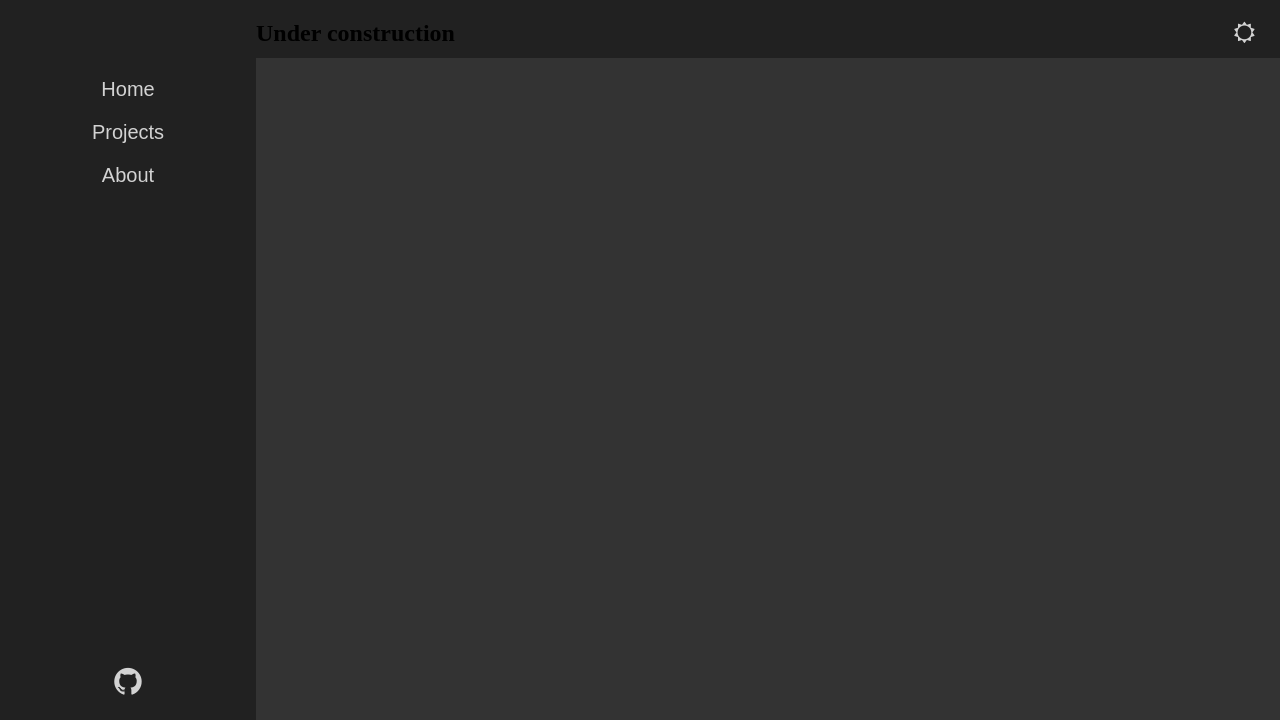
Repository: josephinel6/josephinel6.github.io
Page: index.html
An editor plug-in stored every save of this project. The page is shown before and after the next save, followed by the edit.
The browser window is 1280 px wide. The pictures show the whole page.

Above is the page before, as saved 2023-05-25 11:34:44.

### index.html
<!DOCTYPE html>
<html>

<head>
    <style>
        :root.light {
            --color-bg: #eeeff6;
            --color-menu-text: #4d4d4d;
            --color-page-bg: white;
            --color-obj-bg: #f1f2f3;
            --color-title-text: #4d4d4d;
            --color-gen-text: #4d4d4d;
            --color-menu-hover: darkgrey;
            --color-title-hover: darkgrey;
        }

        :root.dark {
            --color-bg: #212121;
            --color-menu-text: #D3D3D3;
            --color-page-bg: #333333;
            --color-obj-bg: #403f3f;
            --color-title-text: #D3D3D3;
            --color-gen-text: white;
            --color-menu-hover: grey;
            --color-title-hover: grey;
        }

        /* :root {
            --color-bg: black;
        } */

        html,
        body {
            height: 100%;
            width: 100%;
            overflow-x: hidden;

            margin: 0;
            position: relative;
            /* border-color: blue;
            border-radius: 10px;
            border-style: solid; */
            padding: 0;
        }

        #menu {
            height: 100%;
            width: 20%;
            position: absolute;
            z-index: 1;
            top: 0;
            bottom: 0;
            background-color: var(--color-bg);
        }

        #topbar {
            width: 100%;
            height: 8%;
            background-color: var(--color-bg);
            position: absolute;
        }

        .menutext {
            color: var(--color-menu-text);
            font-family: sans-serif;
            font-size: 20px;
        }

        .menutext:hover {
            cursor: pointer;
            color: var(--color-menu-hover);
        }

        .fa-github {
            color: var(--color-menu-text);
        }

        .fa-github:hover {
            color: var(--color-menu-hover);
        }

        .div.markdown-body {
            color: var(--color-gen-text) !important;
        }

        #window {
            background-color: var(--color-page-bg);
            position: absolute;
            height: 92%;
            overflow: hidden;
            width: 80%;
            right: 0;
            bottom: 0;
        }

        .markdownpg {
            color: white !important;
        }

        .tabcontent {
            height: 100%;
            width: 80vw;
            right: 0;
            bottom: 0;
            position: fixed;
            overflow-y: scroll;
            padding-top: 2%;
            /* padding-left: 2%;
            padding-right: 2%; */

            /* margin-top: 2.5%;
            margin-left: 2.5%; */
        }

        .projectbutton {
            padding-top: 1px;
            padding-bottom: 1px;
            width: 100%;
            margin-left: 2%;
            margin-right: 2%;
            margin-top: 1%;
            margin-bottom: 1%;
            position: relative;

            background-color: var(--color-obj-bg);
            border-radius: 10px;

            font-family: sans-serif;
            font-size: 30px;
        }

        .projectbutton:hover {
            cursor: pointer;
        }

        .projectbutton:hover>.projectbuttontitle {
            color: var(--color-title-hover);
        }

        .projectbutton:hover>.projectbuttondesc {
            color: var(--color-title-hover);
        }

        .projectbuttontitle {
            margin-left: 3%;
            margin-top: 3%;
            margin-bottom: -2%;
            font-size: 0.85em;
            color: var(--color-title-text);
        }

        #day-night {
            color: var(--color-menu-text);
            z-index: 2;
            position: absolute;
            top: 25px;
            right: 25px;
        }

        .projectbuttondesc {
            font-family: sans-serif;
            font-size: 16px;
            margin: 3%;
            color: var(--color-gen-text);
        }

        #day-night:hover {
            cursor: pointer;
            color: var(--color-menu-hover)
        }

        /* .fa-2x {
            height: 20px !important;
        } */
    </style>
    <link rel="stylesheet" href="https://cdnjs.cloudflare.com/ajax/libs/font-awesome/4.7.0/css/font-awesome.min.css">
    <script type="module" src="https://cdn.jsdelivr.net/gh/zerodevx/zero-md@2/dist/zero-md.min.js"></script>
    <script type="module" src="https://md-block.verou.me/md-block.js"></script>
    <script>
        window.ZeroMdConfig = {
            cssUrls: ['https://cdn.jsdelivr.net/gh/sindresorhus/github-markdown-css@4/github-markdown.min.css',
                'https://cdn.jsdelivr.net/gh/PrismJS/prism@1/themes/prism.min.css', "custom.css"]
        }
    </script>
</head>

<body>
    <div id="menu">
        <div style="position:absolute; top: 8%; width: 100%; text-align: center;">

            <p class="menutext" onclick="openpage('homepage')"> Home </p>
            <p class="menutext" onclick="openpage('projectbuttons')"> Projects </p>
            <p class="menutext" onclick="openpage('aboutpage')"> About </p>

        </div>

        <div style="position:absolute; bottom:3%; width: 100%; text-align: center;">
            <a href="https://github.com/josephinel6" class="fa fa-github fa-2x" style="text-decoration: none;"></a>
        </div>
    </div>
    <div id="topbar">
        <i onclick="daynight()" class="fa fa-sun-o fa-lg" id="day-night"></i>
    </div>
    <div id="window">
        <div id="homepage" class="tabcontent">
            <h2> Under construction </h2>
        </div>
        <div id="projectbuttons" class="tabcontent" style="margin-top: -1%">
            <div class="projectbutton" onclick="openpage('customAPI')">
                <h2 class="projectbuttontitle"> Custom API </h2>
                <p class="projectbuttondesc"> Lorem impsum </p>
            </div>
            <div class="projectbutton" onclick="openpage('bootstrapTest')">
                <h2 class="projectbuttontitle"> Responsiveness </h2>
                <p class="projectbuttondesc"> Lorem impsum </p>
            </div>
            <div class="projectbutton" onclick="openpage('makeupApi')">
                <h2 class="projectbuttontitle"> Makeup API </h2>
                <p class="projectbuttondesc"> Lorem impsum </p>
            </div>
            <div class="projectbutton" onclick="openpage('weatherAPI')">
                <h2 class="projectbuttontitle"> Weather API </h2>
                <p class="projectbuttondesc"> My first project with APIs. </p>
            </div>
        </div>
        <zero-md src="https://josephinel6.github.io/weatherAPI.md" class="tabcontent markdownpg" id="weatherAPI">

        </zero-md>
        <div class="tabcontent" id="aboutpage">
            <zero-md src="https://josephinel6.github.io/about.md" class="markdownpg"></zero-md>
        </div>
        <script>
            var night;

            tabcontent = document.getElementsByClassName("tabcontent");
            for (i = 0; i < tabcontent.length; i++) {
                tabcontent[i].style.display = "none";
            }

            window.onload = function () {
                var night = false;
                var night = true;
                document.documentElement.classList.remove("light")
                document.documentElement.classList.add("dark")
                window.localStorage.setItem('mode', 'dark');
                console.log("dark")
                document.getElementById("homepage").style.display = "block";
            }

            function openpage(pageName) {
                var i, tabcontent, tablinks;
                tabcontent = document.getElementsByClassName("tabcontent");
                for (i = 0; i < tabcontent.length; i++) {
                    tabcontent[i].style.display = "none";
                }
                tablinks = document.getElementsByClassName("tablink");
                for (i = 0; i < tablinks.length; i++) {
                    tablinks[i].style.backgroundColor = "";
                }
                document.getElementById(pageName).style.display = "block";

                document.body.scrollTop = 0;
                document.documentElement.scrollTop = 0;
            }

            function daynight() {
                var daynight = document.getElementById("day-night");
                if (night == true) {
                    daynight.classList.remove("fa-sun-o");
                    daynight.classList.add("fa-moon-o");
                    night = false;
                    document.documentElement.classList.remove("dark")
                    document.documentElement.classList.add("light")
                    window.localStorage.setItem('mode', 'light');
                }
                else {
                    daynight.classList.remove("fa-moon-o");
                    daynight.classList.add("fa-sun-o");
                    night = true;
                    document.documentElement.classList.remove("light")
                    document.documentElement.classList.add("dark")
                    window.localStorage.setItem('mode', 'dark');
                }
            }
        </script>

</body>

</html>

After the next save:
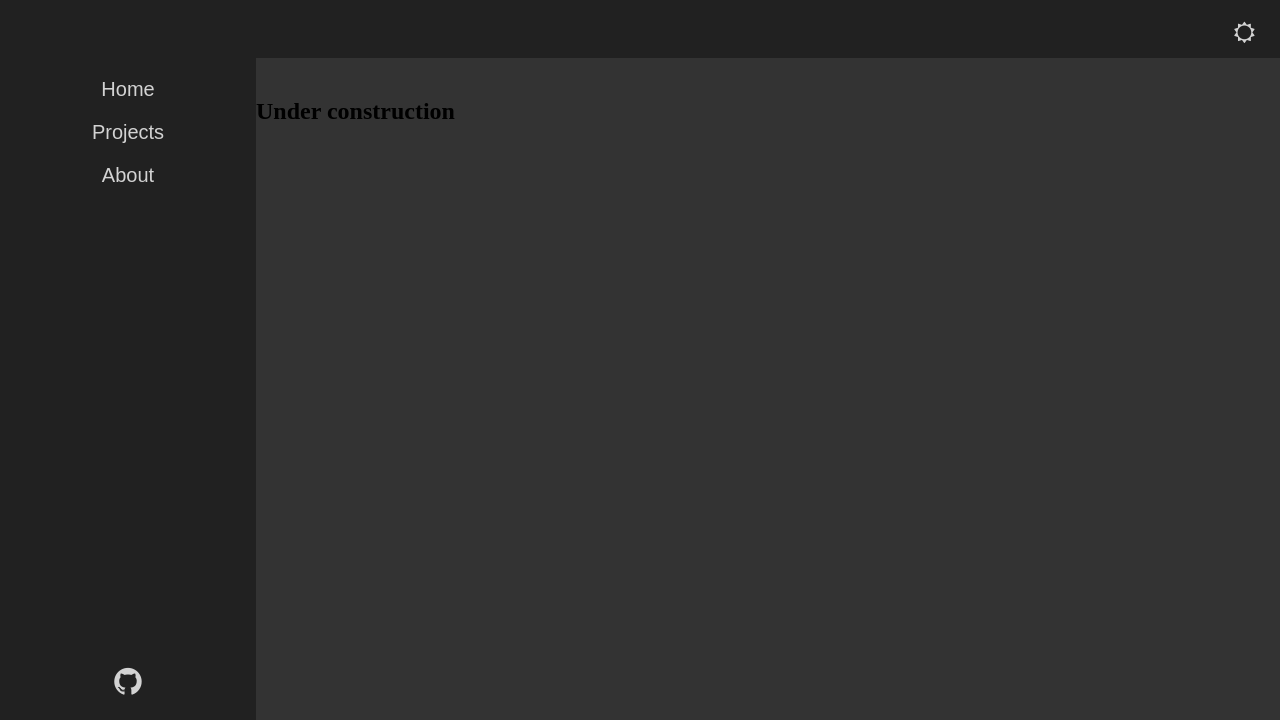
Saved 28 s later.
--- a/index.html
+++ b/index.html
@@ -98,11 +98,9 @@
         }
 
         .tabcontent {
-            height: 100%;
+            height: 92vh;
             width: 80vw;
-            right: 0;
-            bottom: 0;
-            position: fixed;
+            position: relative;
             overflow-y: scroll;
             padding-top: 2%;
             /* padding-left: 2%;
